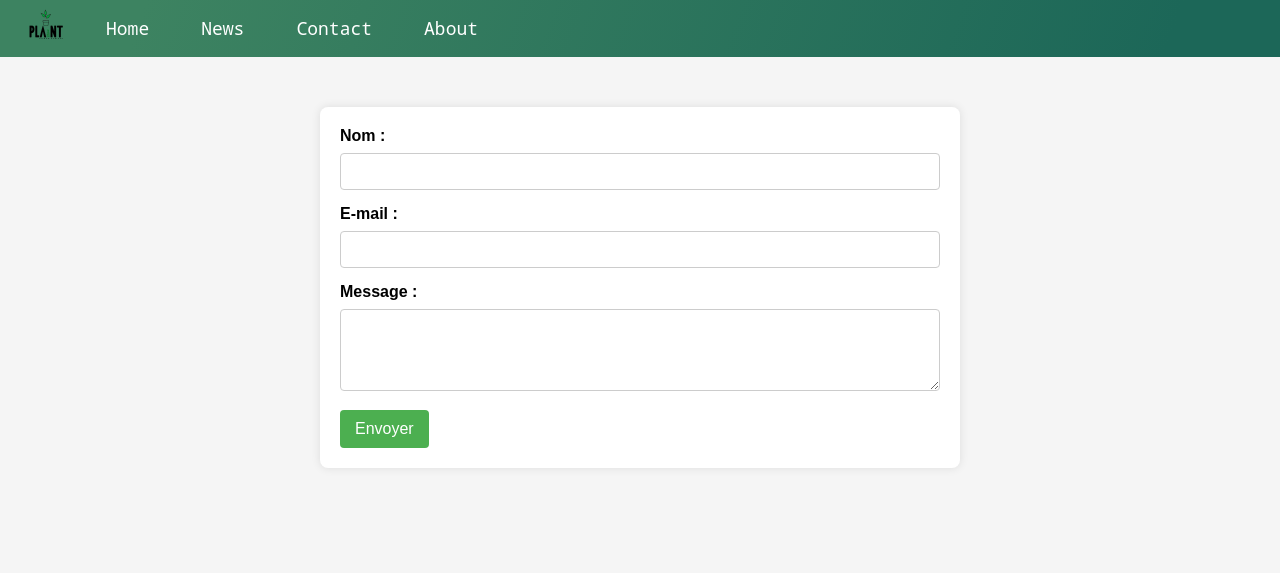
Repository: Flexo874/ISITECH-HTML-CSS
Page: contact/contact.html
These files come from the project's save history. The page is drawn as it stood at one moment and after the next save; the edit follows.
The browser window is 1280 px wide. The pictures show the whole page.

Above is the page before, as saved 2024-01-04 12:11:11.

After the next save:
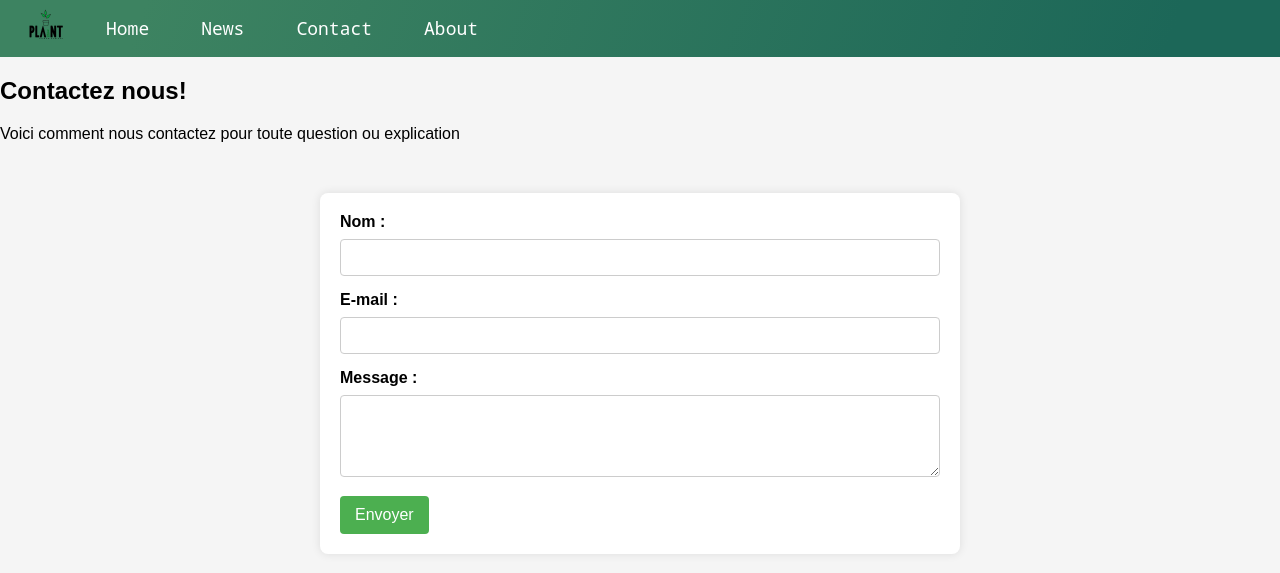
Saved 2 min 18 s later.
--- a/contact/contact.html
+++ b/contact/contact.html
@@ -16,7 +16,10 @@
         <li><a href="#about">About</a></li>
     </ul>
 
-
+        <div class="contactez">
+        <h2>Contactez nous!</h2>
+        <p>Voici comment nous contactez pour toute question ou explication</p>
+        </div>
 
 
     <form action="#" method="post">
